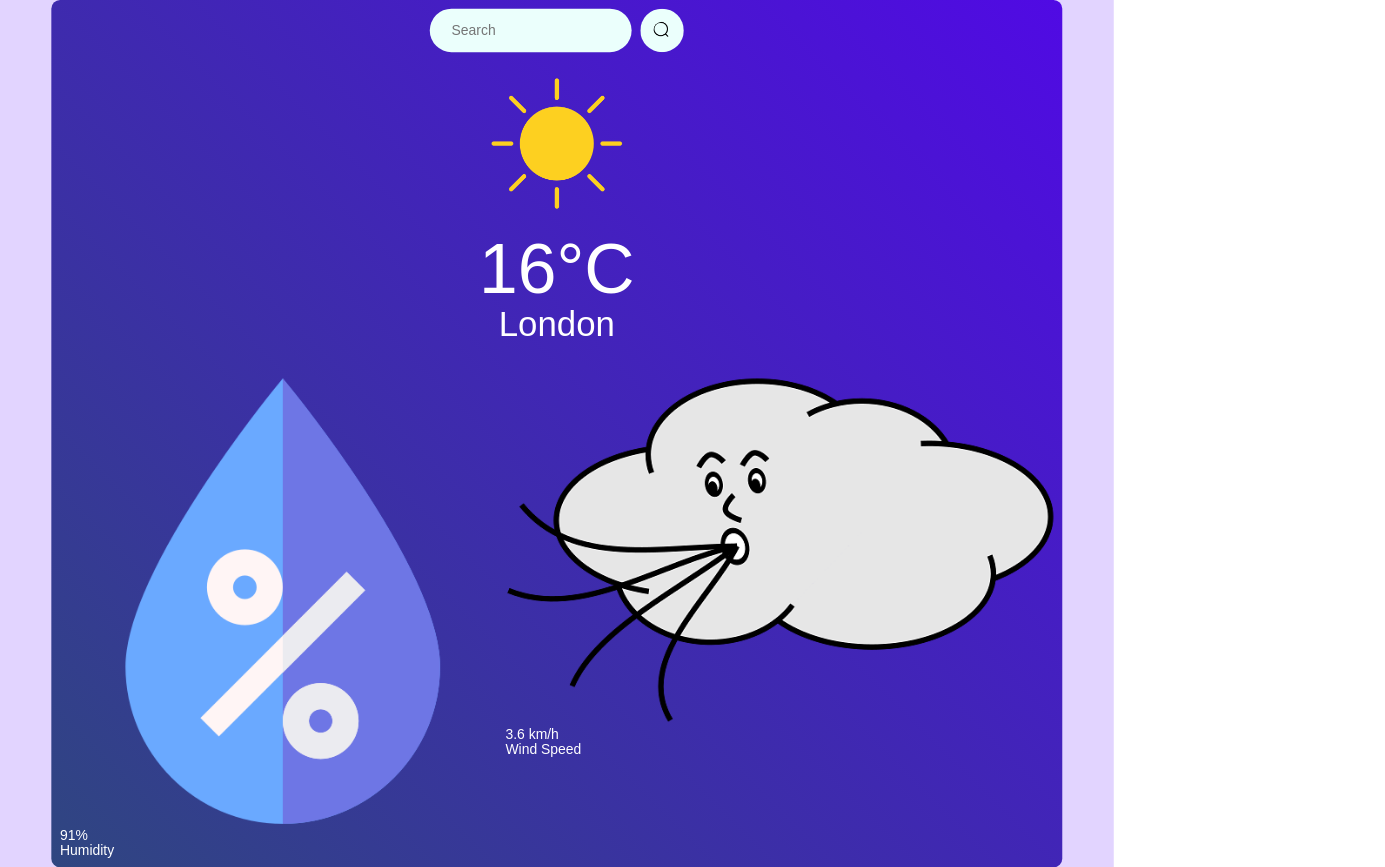
Repository: wakoya-tech/wheather-app
Page: /
The author's editor kept a copy of each file at every save. The page is drawn from the files as they stood at one save, then again after the next save.
The browser window is 1280 px wide. The page is 1280 px wide, then 1592 px, so the pictures cover 1592 px, including what lies to the right of the window. The pictures show the whole page, at 87% of full size.
The project was rebuilt for these pictures with package versions that can differ from the ones it lists, and the page was loaded fresh each time. Also part of the build but not shown: vite.config.js, src/App.css.

Above is the page before, as saved 2025-10-18 21:27:39.

### index.html
<!DOCTYPE html>
<html lang="en">
  <head>
    <meta charset="UTF-8" />
    <link rel="icon" type="image/svg+xml" href="/vite.svg" />
    <meta name="viewport" content="width=device-width, initial-scale=1.0" />
    <title>Weather App - wakoCode</title>
  </head>
  <body>
    <div id="root"></div>
    <script type="module" src="/src/main.jsx"></script>
  </body>
</html>

### src/App.jsx
import { useState } from 'react'
import Weather from './Components/Weather'

import './App.css'

function App() {
 return(
 <div className='App'>

<Weather/>

 </div>

 )

}

export default App

### src/index.css

*{
    margin: 0;
    padding: 0;
    box-sizing: border-box;
    font-family: "poppins",sans-serif;
}
.App {
    min-height: 100vh;
    display: grid;
    background: #e2d4ff;
}

### src/Components/Weather.jsx
import React from 'react';
import './Weather.css';
import search_icon from '../assets/Search.png';
/*import rain from '../assets/Rain.png';
import cloud from '../assets/Cloud.png';*/
import clear from '../assets/Clear.png';
/*import drizzle from '../assets/Drizzle.png';
import snow from '../assets/Snow.png';
*/

import wind from '../assets/Wind.png'
import humidity from '../assets/Humidity.png';

function Weather() {
  return (
    <div className='weather'>
      <div className="search-bar">
        <input type="text" placeholder='Search' />
        <img  src={search_icon} alt="Search" />

      </div>
       <img src={clear} alt="" className='weather-icon'/>
        <p className='temperature'>16°C</p>
        <p className='location'>London</p>
        <div className="weather-data">
          <div className="col">
            <img src={humidity} alt="" />
            <div>
              <p>91%</p>
              <span>Humidity</span>
            </div>
          </div>
          <div className="col">
            <img src={wind} alt="" />
            <div>
           <p>3.6 km/h</p>
           <span>Wind Speed</span>

            </div>
          </div>
        </div>
    <div/>

    </div>
  );
}
/*https://www.flaticon.com/free-icon/sun_1163662?related_id=1163662&origin=<pack></pack>*/
export default Weather;

### src/Components/Weather.css
.weather{
    max-width: 400ox;
place-self: center;
padding: 10px;
border-radius: 10px;
background-image: linear-gradient(45deg,#2f4680,#500ae4);
display: flex;
flex-direction: column;
align-items: center;


}
.search-bar{
    display: flex;
    align-items: center;
    gap: 10px;
}
.search-bar input{
   height: 50px;
    font-size: 16px;
    border-radius: 40px;
    padding-left: 25px;
    border: none;
    outline: none;
    color: #626262;
    background: #ebfffc;
}
.search-bar img{
  width: 50px;
  padding: 15px;
    border-radius: 50%;
    background: #ebfffc;
  cursor: pointer;
}
.weather-icon {
    width: 150px;
    margin: 30px 0;
}
.temperature{
    color: #fff;
    font-size: 80px;
    line-height: 1;
}
.location{
    color: #fff;
    font-size: 40px;
}
.weather-data{
    width: 100%;
    margin-top: 40px;
    color: #fff;
    display: flex;
    justify-content: space-between;
}

Loaded but not shown: src/main.jsx (common file)

After the next save:
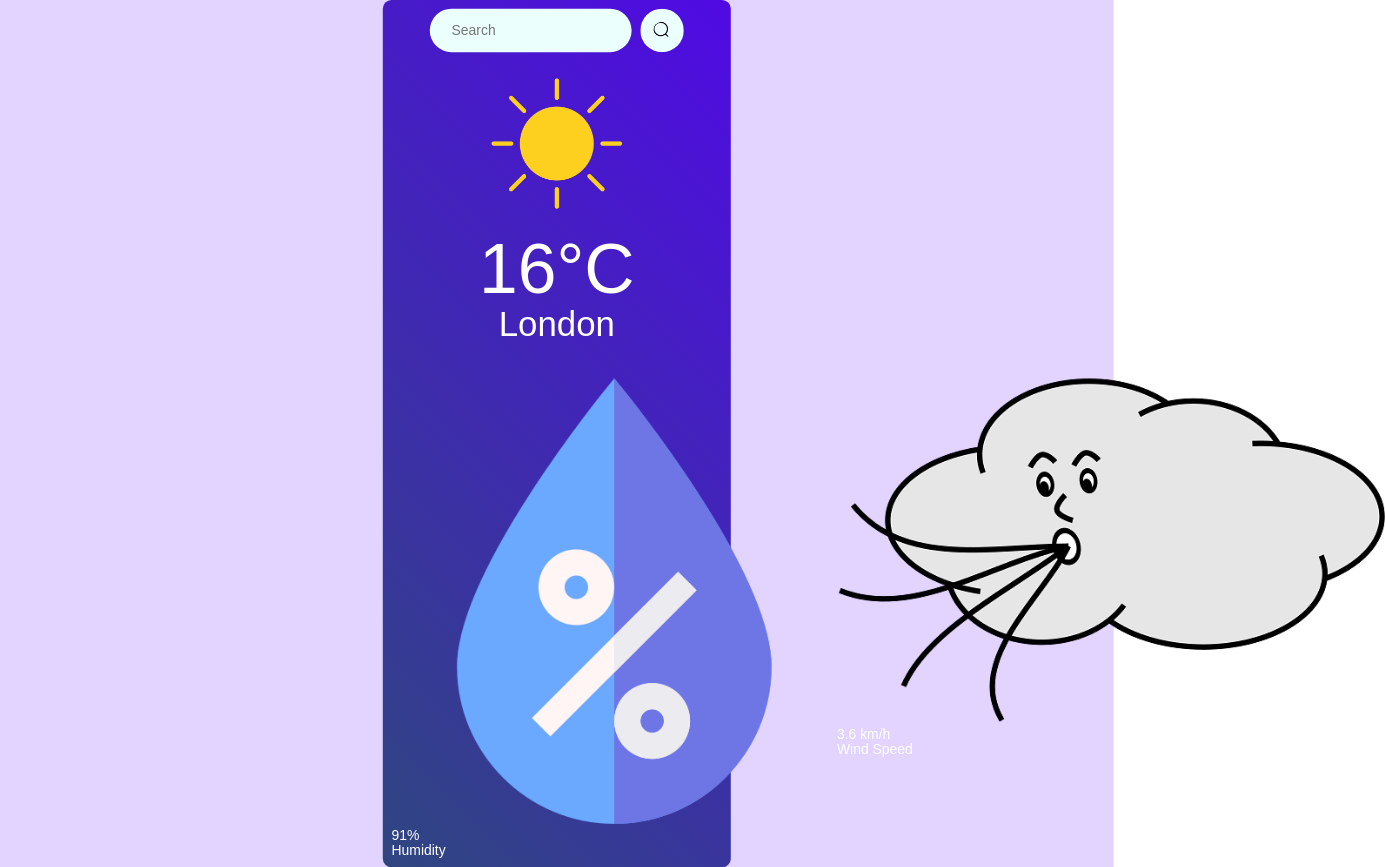
Saved 6 s later.
--- a/src/Components/Weather.css
+++ b/src/Components/Weather.css
@@ -1,5 +1,5 @@
 .weather{
-    max-width: 400ox;
+    max-width: 400px;
 place-self: center;
 padding: 10px;
 border-radius: 10px;
